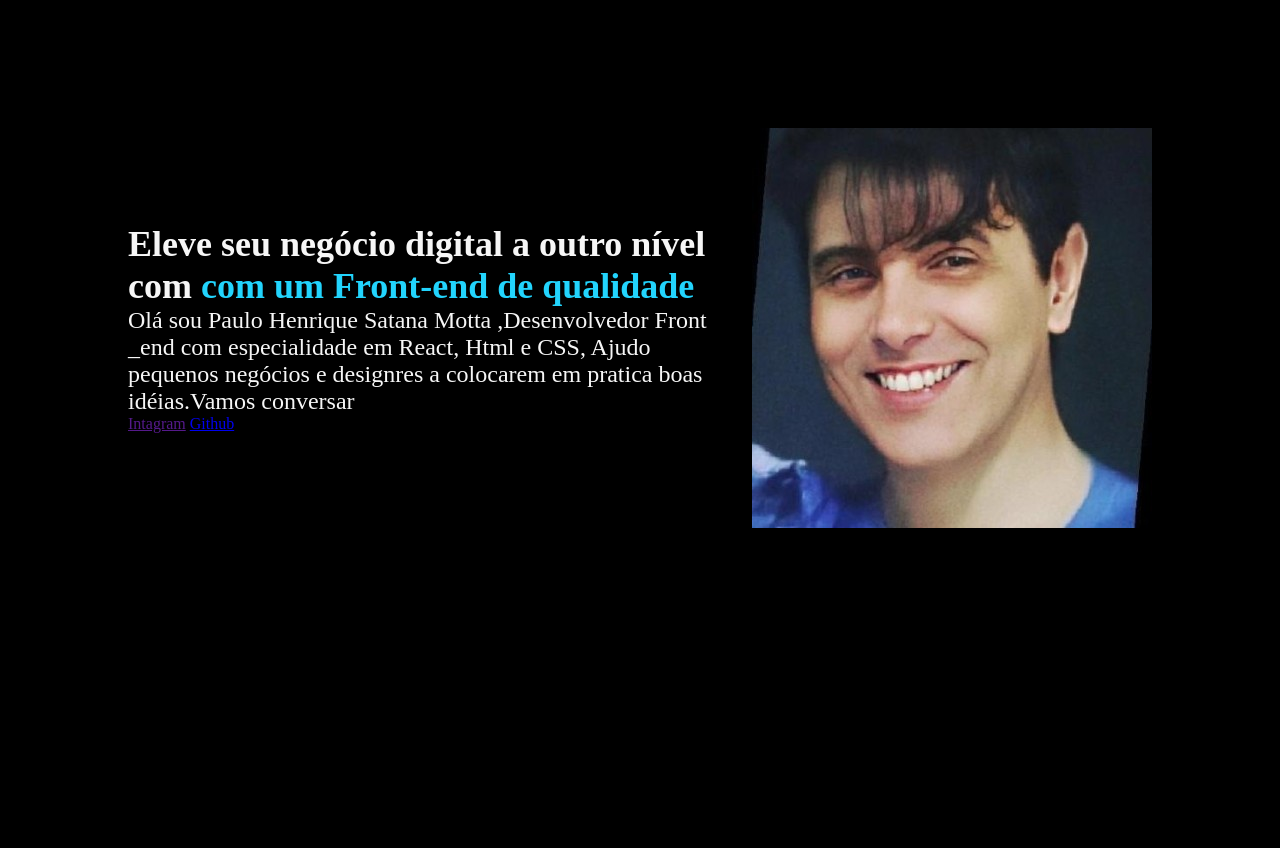
Repository: phsmottanerd/projeto-portfolio-alura
Page: index.html
An editor plug-in stored every save of this project. The page is shown before and after the next save, followed by the edit.
The browser window is 1280 px wide. The pictures show the whole page.

Above is the page before, as saved 2025-01-23 02:52:36.

After the next save:
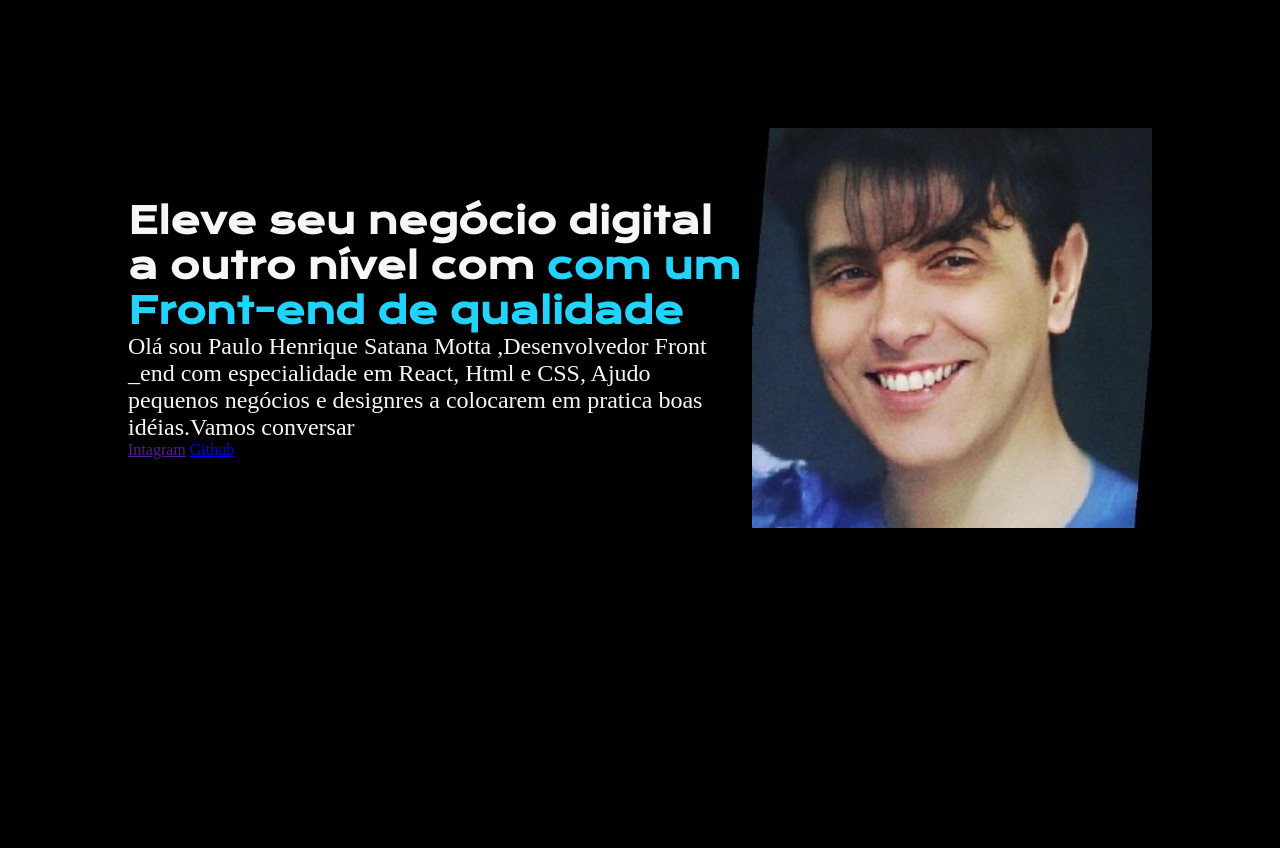
Saved 3 min 24 s later.
--- a/style.css
+++ b/style.css
@@ -27,6 +27,7 @@ width: 615px;
 }
 .apresentacao__conteudo__titulo{
     font-size:36px;
+    font-family:"Krona One", sans-serf;
 }
 .apresentacao__conteudo__texto{
     font-size:24px;
